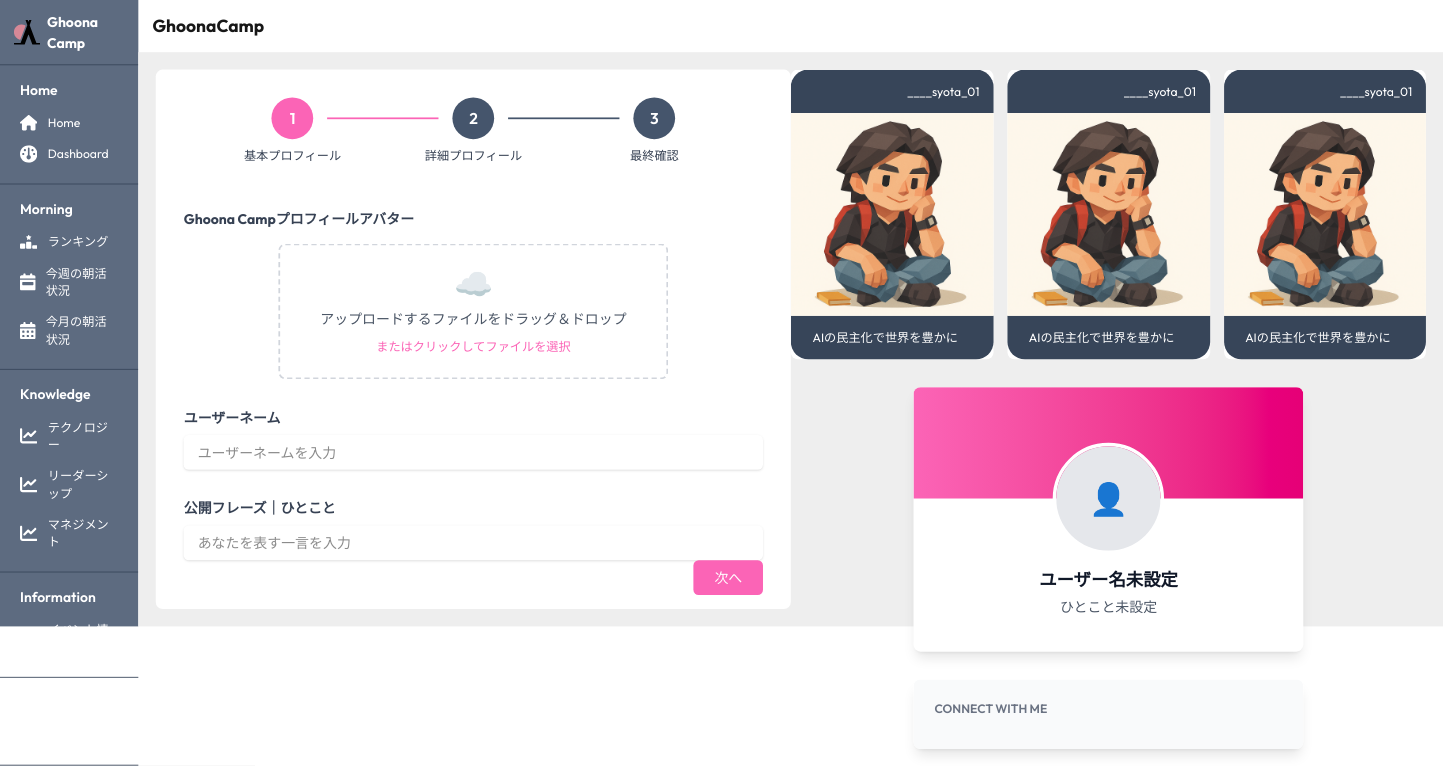
Repository: ShotaGhoona/ghoonacamp_platform
Page: /setting/profile
An editor plug-in stored every save of this project. The page is shown before and after the next save, followed by the edit.
The browser window is 1280 px wide. The page is 1659 px wide, then 1280 px, so the pictures cover 1659 px, including what lies to the right of the window. The pictures show the whole page, at 87% of full size.
The page's requests for data from a server got no answer. The project was rebuilt for these pictures with package versions that can differ from the ones it lists, and the page was loaded fresh each time. Some packages were replaced by stand-ins written for this rebuild. The framework's server and built-in components were replaced by stand-ins that run in the browser. No one was signed in, and anything a server would have sent is missing. Also part of the build but not shown: next.config.js, src/features/setting/profile/display/DetailProfileForm.tsx, src/features/setting/profile/display/ConfirmationView.tsx.

Above is the page before, as saved 2025-04-29 14:42:55.

### src/app/layout.tsx
import type { Metadata } from 'next';
import { Outfit } from 'next/font/google';
import './globals.css';
import Sidebar from '@/components/display/sidebar';
import Header from '@/components/display/header';
import { ClerkProvider } from '@clerk/nextjs';

const outfit = Outfit({ subsets: ['latin'] });

export const metadata: Metadata = {
  title: 'Ghoona Camp',
  description: 'Ghoona Camp Platform',
};

export default function RootLayout({
  children,
}: {
  children: React.ReactNode;
}) {
  return (
    <ClerkProvider>
      <html lang="ja">
        <body className={outfit.className}>
          <div className="flex">
            <div className="w-[200px] transition-all duration-300">
              <Sidebar />
            </div>
            <div className="flex-1 flex flex-col max-h-screen">
              <Header />
              <main className="bg-[#EEEEEE] flex-1 min-h-[calc(100vh-60px)] p-5">
                {children}
              </main>
            </div>
          </div>
        </body>
      </html>
    </ClerkProvider>
  );
}

### src/app/setting/profile/page.tsx
import { IndexPage } from '@/features/setting/profile/display/index';

export default function ProfileSettingPage() {
  return <IndexPage />;
}

### src/components/display/sidebar.tsx
'use client';

import Link from 'next/link';
import { usePathname } from 'next/navigation';
import clsx from 'clsx';

const groups: { title: string; links: { href: string; label: string; icon: string }[] }[] = [
  {
    title: 'Home',
    links: [
      { href: '/home', label: 'Home', icon: '/svg/sidebarIcon/home.svg' },
      { href: '/home/dashboard', label: 'Dashboard', icon: '/svg/sidebarIcon/dashboard.svg' },
    ],
  },
  {
    title: 'Morning',
    links: [
      { href: '/morning/ranking', label: 'ランキング', icon: '/svg/sidebarIcon/ranking.svg' },
      { href: '/morning/weekend', label: '今週の朝活状況', icon: '/svg/sidebarIcon/week.svg' },
      { href: '/morning/month', label: '今月の朝活状況', icon: '/svg/sidebarIcon/month.svg' },
    ],
  },
  {
    title: 'Knowledge',
    links: [
      { href: '/knowledge/tech', label: 'テクノロジー', icon: '/svg/sidebarIcon/analysis.svg' },
      { href: '/knowledge/leadership', label: 'リーダーシップ', icon: '/svg/sidebarIcon/analysis.svg' },
      { href: '/knowledge/management', label: 'マネジメント', icon: '/svg/sidebarIcon/analysis.svg' },
    ],
  },
  {
    title: 'Information',
    links: [{ href: '/information/events', label: 'イベント情報', icon: '/svg/sidebarIcon/externalEvents.svg' }],
  },
  {
    title: 'Member',
    links: [{ href: '/members', label: 'GhoonaCamper', icon: '/svg/sidebarIcon/analysis.svg' }],
  },
];

export default function Sidebar() {
  const pathname = usePathname();

  return (
    <aside className="w-full h-screen bg-[#5D6B80] text-white">
      <div className="flex items-center gap-2 h-[75px] px-4 border-b border-[#374559]">
        <img src="/svg/logo.svg" alt="Ghoona Camp" className="w-[30px] h-[30px]" />
        <span className="font-bold">Ghoona Camp</span>
      </div>

      <nav>
        {groups.map((g) => (
          <div key={g.title} className="border-b border-[#374559] px-[15px] py-4">
            <p className="text-base font-semibold mb-2 px-2">
              {g.title}
            </p>
            {g.links.map((l) => (
              <Link
                key={l.href}
                href={l.href}
                className={clsx(
                  'flex items-center gap-3 p-2 rounded-lg text-sm',
                  pathname === l.href
                    ? 'bg-primary text-white'
                    : 'hover:bg-slate-600'
                )}
              >
                <img src={l.icon} alt={l.label} className="w-[20px] h-[20px]" />
                <span>{l.label}</span>
              </Link>
            ))}
          </div>
        ))}
      </nav>
    </aside>
  );
}

### src/components/display/header.tsx
'use client';

import { UserButton, useUser } from '@clerk/nextjs';

export default function Header() {
  const { user, isLoaded } = useUser();

  return (
    <header className="w-full h-16  flex items-center justify-between px-4">
      <div className="flex items-center gap-4">
        <h1 className="text-xl font-bold">GhoonaCamp</h1>
      </div>
      <div className="flex items-center gap-4">
        {isLoaded && user && (
          <div className="flex items-center gap-2">
            <span className="text-sm">
              {user.firstName} {user.lastName}
            </span>
            <UserButton afterSignOutUrl="/" />
          </div>
        )}
      </div>
    </header>
  );
}

### src/features/setting/profile/display/index.tsx
'use client';

import { useState } from 'react';
import { StepIndicator } from '@/features/setting/profile/components/StepIndicator';
import { BasicProfileForm } from '@/features/setting/profile/display/BasicProfileForm';
import { DetailProfileForm } from '@/features/setting/profile/display/DetailProfileForm';
import { ConfirmationView } from '@/features/setting/profile/display/ConfirmationView';
import { ProfilePreview } from '@/features/setting/profile/components/ProfilePreview';
import { DetailProfilePreview } from '@/features/setting/profile/components/DetailProfilePreview';
import { useProfileForm } from '@/features/setting/profile/hooks/useProfileForm';

export const IndexPage = () => {
  const {
    currentStep,
    formData,
    updateFormData,
    handleNextStep,
    handlePrevStep,
    handleAvatarChange,
  } = useProfileForm();

  const [isSubmitting, setIsSubmitting] = useState(false);

  const handleSubmit = async () => {
    setIsSubmitting(true);
    try {
      // TODO: APIを呼び出してプロフィールを更新
      await new Promise(resolve => setTimeout(resolve, 1000)); // 仮の遅延
      // 成功時の処理（例：ダッシュボードへリダイレクト）
    } catch (error) {
      console.error('プロフィールの更新に失敗しました:', error);
      // エラー処理
    } finally {
      setIsSubmitting(false);
    }
  };

  return (
    <div className="flex h-full">
      {/* 左側：フォーム */}
      <div className="w-1/2 p-8 bg-white rounded-lg h-full flex flex-col">

        {/* ステップインジケーター */}
        <StepIndicator currentStep={currentStep} />

        {/* フォームコンテンツ */}
        <div className="mt-8 flex-1">
          {currentStep === 'basic' && (
            <BasicProfileForm
              formData={formData}
              onUpdate={updateFormData}
              onAvatarChange={handleAvatarChange}
              onNext={handleNextStep}
            />
          )}

          {currentStep === 'detail' && (
            <DetailProfileForm
              formData={formData}
              onUpdate={updateFormData}
              onPrev={handlePrevStep}
              onNext={handleNextStep}
            />
          )}

          {currentStep === 'confirm' && (
            <ConfirmationView
              formData={formData}
              onPrev={handlePrevStep}
              onSubmit={handleSubmit}
              isSubmitting={isSubmitting}
            />
          )}
        </div>
      </div>

      {/* 右側：プレビュー */}
      <div className="w-1/2 ">
        <div className="sticky top-8 space-y-8">

          {/* 基本プロフィールプレビュー */}
          <ProfilePreview formData={formData} />

          {/* 詳細プロフィールプレビュー */}
          <DetailProfilePreview formData={formData} />
        </div>
      </div>
    </div>
  );
}

### src/features/setting/profile/components/StepIndicator.tsx
'use client';

import { cn } from '@/lib/utils';
import { Step, PROFILE_STEPS } from '../types/profile';

interface StepIndicatorProps {
  currentStep: Step;
}

export const StepIndicator = ({ currentStep }: StepIndicatorProps) => {
  return (
    <div className="flex items-center justify-center mb-12">
      {PROFILE_STEPS.map((step, index) => (
        <div key={step.id} className="flex items-center">
          {/* ステップサークル */}
          <div
            className={cn(
              'w-12 h-12 rounded-full flex items-center justify-center text-lg font-semibold relative',
              currentStep === step.id
                ? 'bg-pink-400 text-white'
                : 'bg-slate-600 text-white'
            )}
          >
            {step.number}
            {/* ステップタイトル */}
            <div className="text-center absolute -bottom-8 w-32">
              <span className="text-sm font-medium text-gray-700">{step.title}</span>
            </div>
          </div>

          {/* 接続線 */}
          {index < PROFILE_STEPS.length - 1 && (
            <div
              className={cn(
                'h-[2px] w-32 mx-4',
                currentStep === PROFILE_STEPS[index + 1].id || currentStep === step.id
                  ? 'bg-pink-400'
                  : 'bg-slate-600'
              )}
            />
          )}
        </div>
      ))}
    </div>
  );
};

### src/features/setting/profile/display/BasicProfileForm.tsx
'use client';

import { ProfileFormData } from '../types/profile';
import { AvatarUpload } from '../components/AvatarUpload';

interface BasicProfileFormProps {
  formData: ProfileFormData;
  onUpdate: (data: Partial<ProfileFormData>) => void;
  onAvatarChange: (file: File) => void;
  onNext: () => void;
}

export const BasicProfileForm = ({
  formData,
  onUpdate,
  onAvatarChange,
  onNext,
}: BasicProfileFormProps) => {
  return (
    <div className="flex flex-col justify-between h-full">

      <div className="space-y-8">
        {/* アバターアップロード */}
        <div className="space-y-4">
          <label className="block text-base font-bold text-gray-700">
            Ghoona Campプロフィールアバター
          </label>
          <AvatarUpload
            onFileSelect={onAvatarChange}
            previewUrl={formData.avatarUrl}
          />
        </div>

        {/* ユーザーネーム */}
        <div className="space-y-2">
          <label
            htmlFor="username"
            className="block text-base font-bold text-gray-700"
          >
            ユーザーネーム
          </label>
          <input
            type="text"
            id="username"
            value={formData.username}
            onChange={(e) => onUpdate({ username: e.target.value })}
            className="mt-1 block w-full rounded-md border-gray-300 shadow-sm px-4 py-2"
            placeholder="ユーザーネームを入力"
          />
        </div>

        {/* ひとこと */}
        <div className="space-y-2">
          <label
            htmlFor="bio"
            className="block text-base font-bold text-gray-700"
          >
            公開フレーズ｜ひとこと
          </label>
          <input
            type="text"
            id="bio"
            value={formData.bio}
            onChange={(e) => onUpdate({ bio: e.target.value })}
            className="mt-1 block w-full rounded-md border-gray-300 shadow-sm px-4 py-2"
            placeholder="あなたを表す一言を入力"
          />
        </div>
      </div>

      {/* 次へボタン */}
      <div className="flex justify-end">
        <button
          onClick={onNext}
          className="bg-pink-400 text-white px-6 py-2 rounded-md hover:bg-pink-500 transition-colors"
        >
          次へ
        </button>
      </div>
    </div>
  );
};

### src/features/setting/profile/components/ProfilePreview.tsx
'use client';

import { ProfileFormData } from '../types/profile';
import { ProfileCard } from '@/components/common/profileCard';
interface ProfilePreviewProps {
  formData: ProfileFormData;
}

export const ProfilePreview = ({ formData }: ProfilePreviewProps) => {
  return (
    <>
    <div className="flex justify-center w-full gap-4">
      <ProfileCard />
      <ProfileCard />
      <ProfileCard />
    </div>






    <div className="w-full max-w-md mx-auto bg-white rounded-lg shadow-lg overflow-hidden">
      {/* ヘッダー部分 */}
      <div className="relative h-32 bg-gradient-to-r from-pink-400 to-pink-600">
        <div className="absolute -bottom-16 left-1/2 transform -translate-x-1/2">
          <div className="w-32 h-32 rounded-full border-4 border-white overflow-hidden bg-white">
            {formData.avatarUrl ? (
              <img
                src={formData.avatarUrl}
                alt={formData.username}
                className="w-full h-full object-cover"
              />
            ) : (
              <div className="w-full h-full bg-gray-200 flex items-center justify-center">
                <span className="text-4xl text-gray-400">👤</span>
              </div>
            )}
          </div>
        </div>
      </div>

      {/* プロフィール情報 */}
      <div className="pt-20 px-6 pb-6">
        <div className="text-center mb-4">
          <h3 className="text-xl font-bold text-gray-900">
            {formData.username || 'ユーザー名未設定'}
          </h3>
          <p className="text-gray-600 mt-1">{formData.bio || 'ひとこと未設定'}</p>
        </div>

        {/* SNSリンク */}
        {/* <div className="flex justify-center space-x-4 mt-4">
          {formData.websiteUrl && (
            <a
              href={formData.websiteUrl}
              target="_blank"
              rel="noopener noreferrer"
              className="text-gray-600 hover:text-pink-500"
            >
              Website
            </a>
          )}
        </div> */}
      </div>
    </div>
    </>
  );
};

### src/features/setting/profile/hooks/useProfileForm.ts
'use client';

import { useState } from 'react';
import { useAuth } from '@clerk/nextjs';
import { ProfileFormData, Step } from '../types/profile';
import { profileService } from '../services/profileService';

export const useProfileForm = () => {
  const { userId } = useAuth();
  const [currentStep, setCurrentStep] = useState<Step>('basic');
  const [formData, setFormData] = useState<ProfileFormData>({
    username: '',
    bio: '',
  });
  const [isLoading, setIsLoading] = useState(false);
  const [error, setError] = useState<string | null>(null);

  const updateFormData = (data: Partial<ProfileFormData>) => {
    setFormData((prev) => ({ ...prev, ...data }));
  };

  const handleNextStep = () => {
    if (currentStep === 'basic') setCurrentStep('detail');
    else if (currentStep === 'detail') setCurrentStep('confirm');
  };

  const handlePrevStep = () => {
    if (currentStep === 'detail') setCurrentStep('basic');
    else if (currentStep === 'confirm') setCurrentStep('detail');
  };

  const handleAvatarChange = (file: File) => {
    const url = URL.createObjectURL(file);
    updateFormData({ avatar: file, avatarUrl: url });
  };

  const saveProfile = async () => {
    if (!userId) {
      setError('ユーザーIDが見つかりません');
      return;
    }

    setIsLoading(true);
    setError(null);

    try {
      await profileService.updateProfile(userId, formData);
      // 成功時の処理（例：リダイレクト）
    } catch (err) {
      setError('プロフィールの保存に失敗しました');
      console.error('保存エラー:', err);
    } finally {
      setIsLoading(false);
    }
  };

  const loadProfile = async () => {
    if (!userId) return;

    setIsLoading(true);
    setError(null);

    try {
      const profile = await profileService.getProfile(userId);
      if (profile) {
        setFormData({
          username: profile.username,
          bio: profile.bio,
          oneLine: profile.oneLine || undefined,
          background: profile.background || undefined,
          interests: profile.interests,
          coreSkills: profile.coreSkills,
          websiteUrl: profile.websiteUrl || undefined,
          xUrl: profile.xUrl || undefined,
          instagramUrl: profile.instagramUrl || undefined,
          linkedinUrl: profile.linkedinUrl || undefined,
        });
      }
    } catch (err) {
      setError('プロフィールの読み込みに失敗しました');
      console.error('読み込みエラー:', err);
    } finally {
      setIsLoading(false);
    }
  };

  return {
    currentStep,
    formData,
    isLoading,
    error,
    updateFormData,
    handleNextStep,
    handlePrevStep,
    handleAvatarChange,
    saveProfile,
    loadProfile,
  };
};

### src/features/setting/profile/types/profile.ts
export type Step = 'basic' | 'detail' | 'confirm';

export interface ProfileFormData {
  // 基本プロフィール
  avatar?: File;
  avatarUrl?: string;
  username: string;
  bio: string;

  // 詳細プロフィール
  oneLine?: string;          // 一言プロフィール（30文字）
  background?: string;       // 経歴・背景（140文字）
  interests?: string[];      // 興味・関心事
  coreSkills?: string[];    // コアスキル

  // SNSリンク
  instagramUrl?: string;
  websiteUrl?: string;
  xUrl?: string;
  linkedinUrl?: string;
}

export interface StepInfo {
  id: Step;
  number: number;
  title: string;
}

export const PROFILE_STEPS: StepInfo[] = [
  { id: 'basic', number: 1, title: '基本プロフィール' },
  { id: 'detail', number: 2, title: '詳細プロフィール' },
  { id: 'confirm', number: 3, title: '最終確認' },
];

### src/features/setting/profile/components/AvatarUpload.tsx
'use client';

import { useCallback } from 'react';
import { useDropzone } from 'react-dropzone';

interface AvatarUploadProps {
  onFileSelect: (file: File) => void;
  previewUrl?: string;
}

export const AvatarUpload = ({ onFileSelect, previewUrl }: AvatarUploadProps) => {
  const onDrop = useCallback((acceptedFiles: File[]) => {
    if (acceptedFiles.length > 0) {
      onFileSelect(acceptedFiles[0]);
    }
  }, [onFileSelect]);

  const { getRootProps, getInputProps, isDragActive } = useDropzone({
    onDrop,
    accept: {
      'image/*': ['.jpeg', '.jpg', '.png', '.gif']
    },
    maxFiles: 1,
    multiple: false,
  });

  return (
    <div className="w-full max-w-md mx-auto">
      <div
        {...getRootProps()}
        className="border-2 border-dashed border-gray-300 rounded-lg p-6 text-center cursor-pointer hover:border-pink-400 transition-colors"
      >
        <input {...getInputProps()} />
        {previewUrl ? (
          <div className="relative w-32 h-32 mx-auto">
            <img
              src={previewUrl}
              alt="アバタープレビュー"
              className="w-full h-full object-cover rounded-full"
            />
            <div className="absolute inset-0 flex items-center justify-center bg-black bg-opacity-50 rounded-full opacity-0 hover:opacity-100 transition-opacity">
              <p className="text-white text-sm">クリックして変更</p>
            </div>
          </div>
        ) : (
          <div className="space-y-2">
            <div className="text-4xl text-gray-400">☁️</div>
            <p className="text-gray-600">
              {isDragActive
                ? 'ファイルをドロップしてください'
                : 'アップロードするファイルをドラッグ＆ドロップ'}
            </p>
            <button className="text-sm text-pink-400 hover:text-pink-500">
              またはクリックしてファイルを選択
            </button>
          </div>
        )}
      </div>
    </div>
  );
};

### src/components/common/profileCard.tsx
export const ProfileCard = () => {
  return (
    <div className="w-[300px] bg-white rounded-lg">
      <div className="bg-[#374559] h-[50px] flex items-center justify-end pr-4 rounded-t-[20px]">
        <p className="text-white text-sm">____syota_01</p>
      </div>
      <div>
        <img src="/images/profile/sampleProfile.png" alt="" className="w-full h-auto aspect-square"/>
      </div>
      <div className="bg-[#374559] h-[50px] flex items-center justify-center pr-4 rounded-b-[20px]">
        <p className="text-white text-sm">AIの民主化で世界を豊かに</p>
      </div>
    </div>
  );
};

### src/features/setting/profile/services/profileService.ts
import { ProfileFormData } from '../types/profile';

export type ProfileResponse = {
  id: string;
  userId: string;
  username: string;
  bio: string;
  oneLine: string | null;
  background: string | null;
  interests: string[];
  coreSkills: string[];
  websiteUrl: string | null;
  xUrl: string | null;
  instagramUrl: string | null;
  linkedinUrl: string | null;
  createdAt: string;
  updatedAt: string;
};

export const profileService = {
  // プロフィールの取得
  async getProfile(userId: string): Promise<ProfileResponse | null> {
    try {
      const response = await fetch(`/api/users/${userId}/profile`);
      if (!response.ok) {
        if (response.status === 404) return null;
        throw new Error('プロフィールの取得に失敗しました');
      }
      return response.json();
    } catch (error) {
      console.error('プロフィール取得エラー:', error);
      throw error;
    }
  },

  // プロフィールの更新
  async updateProfile(userId: string, data: Partial<ProfileFormData>): Promise<ProfileResponse> {
    try {
      const formData = new FormData();

      // アバター画像の処理
      if (data.avatar) {
        formData.append('avatar', data.avatar);
      }

      // その他のデータの処理
      const profileData = { ...data };
      delete profileData.avatar;
      delete profileData.avatarUrl;
      formData.append('data', JSON.stringify(profileData));

      const response = await fetch(`/api/users/${userId}/profile`, {
        method: 'PUT',
        body: formData,
      });

      if (!response.ok) {
        throw new Error('プロフィールの更新に失敗しました');
      }

      return response.json();
    } catch (error) {
      console.error('プロフィール更新エラー:', error);
      throw error;
    }
  },
};

Loaded but not shown: src/app/globals.css (common file); src/lib/utils.ts (common file); src/features/setting/profile/components/DetailProfilePreview.tsx (114 lines, source omitted)

After the next save:
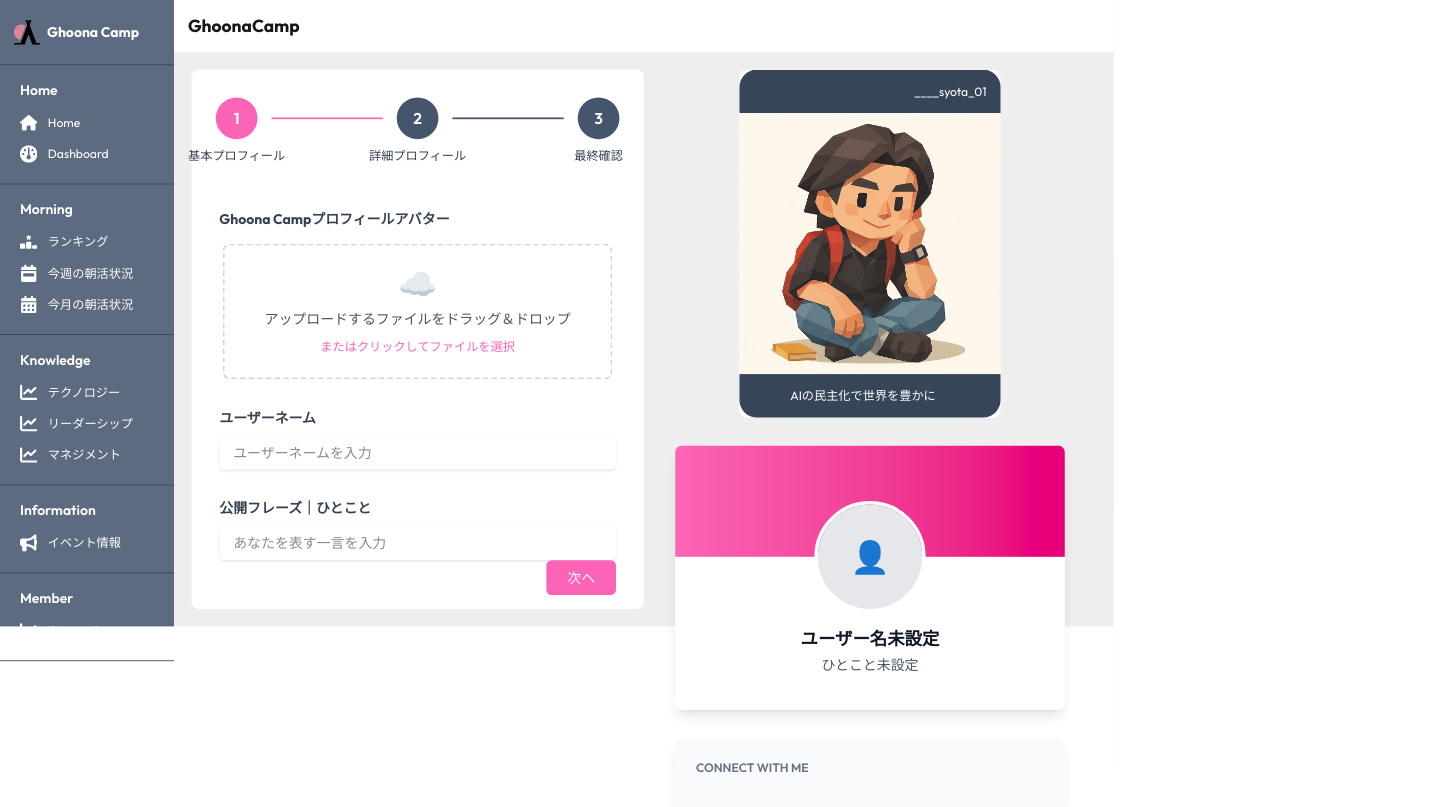
Saved 22 s later.
--- a/src/features/setting/profile/components/ProfilePreview.tsx
+++ b/src/features/setting/profile/components/ProfilePreview.tsx
@@ -10,9 +10,9 @@ export const ProfilePreview = ({ formData }: ProfilePreviewProps) => {
   return (
     <>
     <div className="flex justify-center w-full gap-4">
-      <ProfileCard />
-      <ProfileCard />
-      <ProfileCard />
+      <div className="w-[300px]">
+        <ProfileCard />
+      </div>
     </div>
 
 
